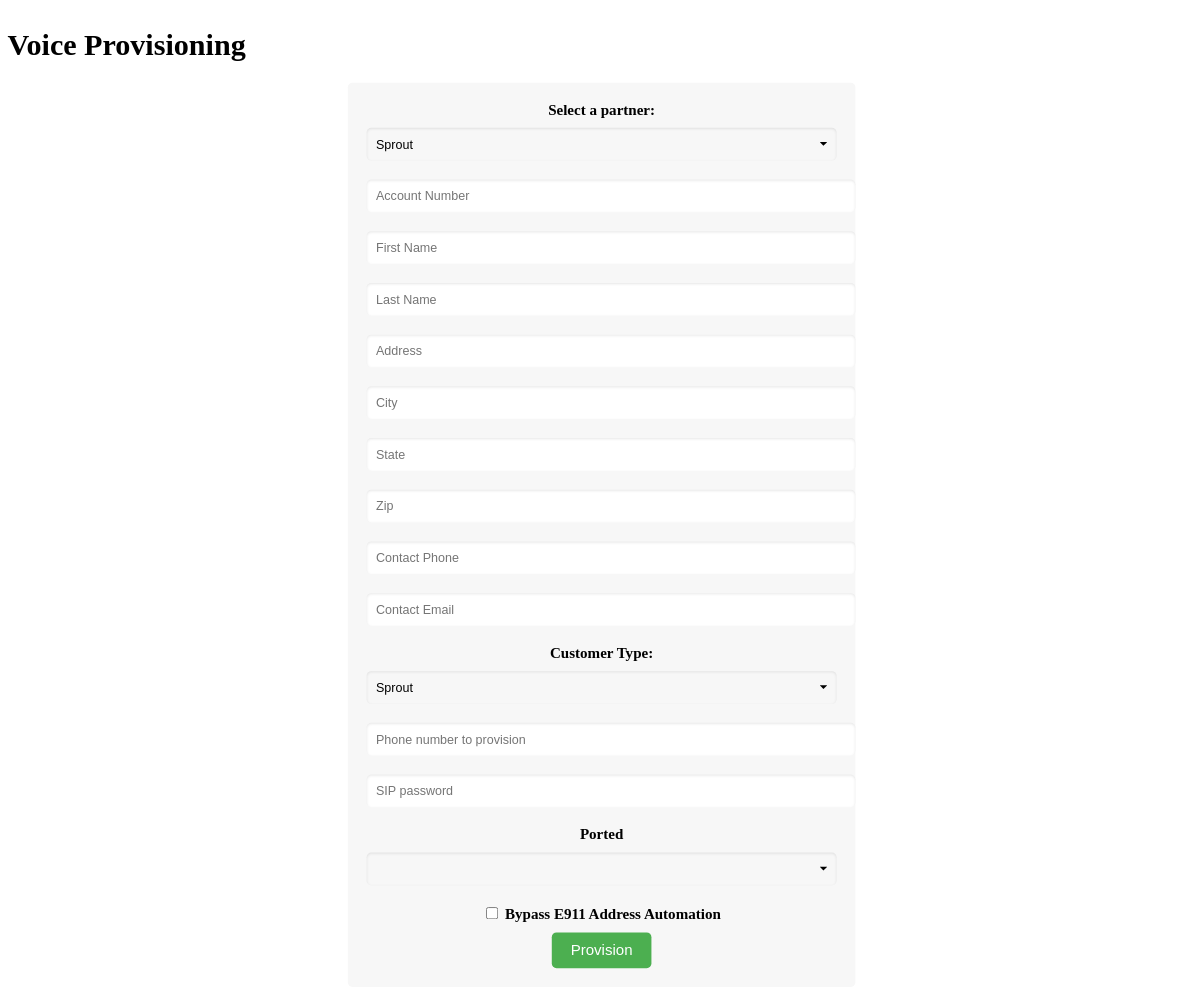
Repository: smallchungus/logiccom
Page: /
An editor plug-in stored every save of this project. The page is shown before and after the next save, followed by the edit.
The browser window is 1280 px wide. The pictures show the whole page, at 94% of full size.
The project was rebuilt for these pictures with package versions that can differ from the ones it lists, and the page was loaded fresh each time. Also part of the build but not shown: vite.config.ts.

Above is the page before, as saved 2023-05-04 11:28:12.

### src/App.vue
<style src="./styles.css"></style>


<template>
<header>
  <h1>Voice Provisioning</h1>
</header>

<form>
      <div class="form-group">
        <label for="partner">Select a partner:</label>
        <select id="partner" name="partner">
          <option value="Sprout">Sprout</option>
          <option value="option2">Option 2</option>
        </select>
      </div>

      <div class="form-group">
        <input type="text" id="accountNum" name="accountNum" placeholder="Account Number">
      </div>

      <div class="form-group">
        <input type="text" id="firstName" name="firstName" placeholder="First Name">
      </div>

      <div class="form-group">
        <input type="text" id="lastName" name="lastName" placeholder="Last Name">
      </div>

      <div class="form-group">
        <input type="text" id="address" name="address" placeholder="Address">
      </div>

      <div class="form-group">
        <input type="text" id="city" name="city" placeholder="City">
      </div>

      <div class="form-group">
        <input type="text" id="state" name="state" placeholder="State">
      </div>

      <div class="form-group">
        <input type="text" id="zip" name="zip" placeholder="Zip">
      </div>

      <div class="form-group">
        <input type="text" id="contactPhone" name="contactPhone" placeholder="Contact Phone">
      </div>

      <div class="form-group">
        <input type="text" id="contactEmail" name="contactEmail" placeholder="Contact Email">
      </div>

      <div class="form-group">
        <label for="customerType">Customer Type:</label>
        <select id="customerType" name="customerType">
          <option value="Sprout">Sprout</option>
          <option value="option2">Option 2</option>
        </select>
      </div>

      <div class="form-group">
        <input type="text" id="phoneToProv" name="phoneToProv" placeholder="Phone number to provision">
      </div>

      <div class="form-group">
        <input type="password" id="sipPassword" name="sipPassword" placeholder="SIP password">
      </div>


    <label for="ported">Ported</label>
    <select id="ported" name="ported">
      <option value=""></option>
      <option value="option2">Option 2</option>
    </select>

    <label>
      <input type="checkbox" >
      Bypass E911 Address Automation
    </label>

    <button type="submit">Provision</button>
  </form>
</template>

### src/styles.css
header {
    text-align: center;
}

body {
    text-align: center;
  }

  form {
    background-color: #f7f7f7;
    border-radius: 5px;
    padding: 20px;
    margin: 0 auto; /* set the left and right margin to "auto" to center the element horizontally */
    max-width: 500px; /* set a maximum width to limit the width of the form */
  }

  label {
    display: block;
    font-weight: bold;
    margin-bottom: 10px;
  }

  input[type="text"],
  input[type="password"],
  select {
    width: 100%;
    padding: 10px;
    border: none;
    border-radius: 5px;
    margin-bottom: 20px;
    box-shadow: inset 0px 1px 3px rgba(0, 0, 0, 0.1);
  }

  select {
    appearance: none;
    background: url('data:[embedded picture, 114 characters]') no-repeat;
    background-position: calc(100% - 10px) center;
    background-size: 8px 8px;
  }

  button[type="submit"] {
    background-color: #4caf50;
    color: #fff;
    border: none;
    border-radius: 5px;
    padding: 10px 20px;
    font-size: 16px;
    cursor: pointer;
  }

@media (min-width: 1024px) {
  header {
    display: flex;
    place-items: center;
    padding-right: calc(var(--section-gap) / 2);
  }

  .logo {
    margin: 0 2rem 0 0;
  }

  header .wrapper {
    display: flex;
    place-items: flex-start;
    flex-wrap: wrap;
  }
}

Loaded but not shown: index.html (common file); src/main.ts (common file)

After the next save:
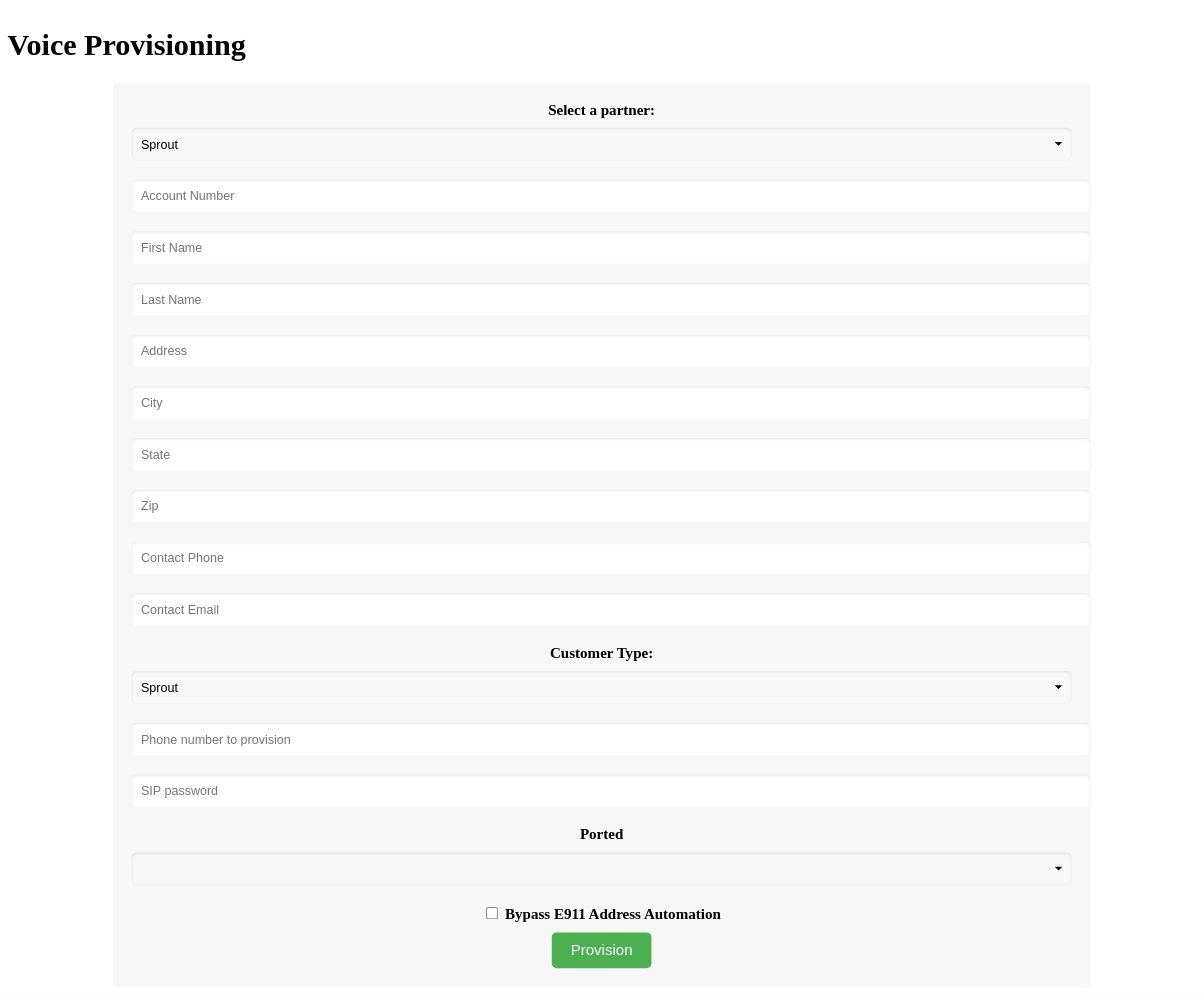
Saved 2 min 53 s later.
--- a/src/styles.css
+++ b/src/styles.css
@@ -11,7 +11,7 @@ body {
     border-radius: 5px;
     padding: 20px;
     margin: 0 auto; /* set the left and right margin to "auto" to center the element horizontally */
-    max-width: 500px; /* set a maximum width to limit the width of the form */
+    max-width: 1000px; /* set a maximum width to limit the width of the form */
   }
 
   label {
